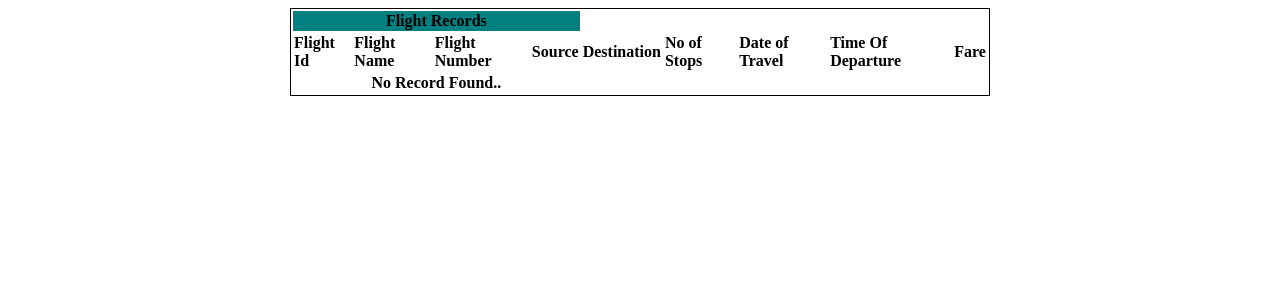
Repository: pawankas/Java_Mini_Project
Page: http://localhost/AirReservation/Search
An editor plug-in stored every save of this project. The page is shown before and after the next save, followed by the edit.
The browser window is 1280 px wide. The pictures show the whole page.
The page is served by Tomcat 9. Queries for data that is not in the repository find no rows.

Above is the page before, as saved 2022-03-17 17:36:49.

After the next save:
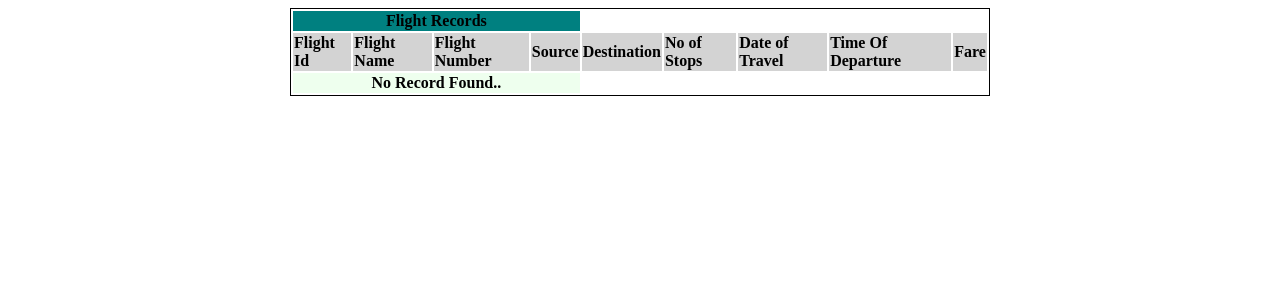
Saved 13 s later.
--- a/Mini_Project_Java/AirReservation/WebContent/SearchView.jsp
+++ b/Mini_Project_Java/AirReservation/WebContent/SearchView.jsp
@@ -12,7 +12,7 @@
                     style="background-color:teal">
                     <b>Flight Records</b></td>
             </tr>
-            <tr >
+            <tr style="background-color:lightgrey;">
                 <td><b>Flight Id</b></td>
                 <td><b>Flight Name</b></td>
                 <td><b>Flight Number</b></td>
@@ -59,7 +59,7 @@
             %>
             <tr>
                 <td colspan=4 align="center"
-                 ><b>No Record Found..</b></td>
+                    style="background-color:#eeffee"><b>No Record Found..</b></td>
             </tr>
             <%            }
             %>
